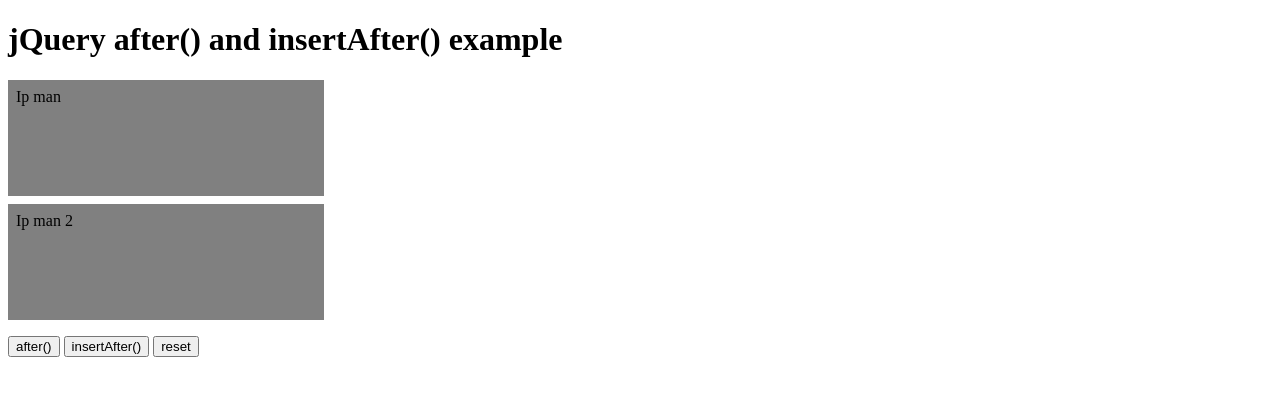
Repository: sudheerj/jQuery
Page: jQueryExamples/chapter06/AddRemoveTextbox.html
These files come from the project's save history. The page is drawn as it stood at one moment and after a run of saves; the edit follows.
The browser window is 1280 px wide. The pictures show the whole page.

Above is the page before, as saved 2016-10-21 17:36:41.

### jQueryExamples/chapter06/AddRemoveTextbox.html
<!DOCTYPE html>
<html>
	<head>
		<title>jQuery Animate</title>
		<script type="text/javascript" src="..\jquery\jquery-3.1.1.min.js"></script>
		<style type="text/css">
			.greyBox {
				padding: 8px;
				background: grey;
				margin-bottom: 8px;
				width: 300px;
				height: 100px;
			}
			.redBox {
				padding: 8px;
				background: red;
				margin-bottom: 8px;
				width: 200px;
				height: 50px;
			}
		</style>

	</head>
	<body>
		<h1>jQuery after() and insertAfter() example</h1>

		<div class="greyBox">
			Ip man
		</div>

		<div class="greyBox">
			Ip man 2
		</div>

		<p>
			<button id="after">
				after()
			</button>
			<button id="insertAfter">
				insertAfter()
			</button>
			<button id="reset">
				reset
			</button>
		</p>

		<script type="text/javascript">
			$("#after").click(function() {

				$('.greyBox').after("<div class='redBox'>Iron man</div>");

			});

			$("#insertAfter").click(function() {

				$("<div class='redBox'>Iron man</div>").insertAfter('.greyBox');

			});

			$("#reset").click(function() {
				location.reload();
			});

		</script>
	</body>
</html>

Loaded but not shown: jQueryExamples/jquery/jquery-3.1.1.min.js (library)

After the next 2 saves:
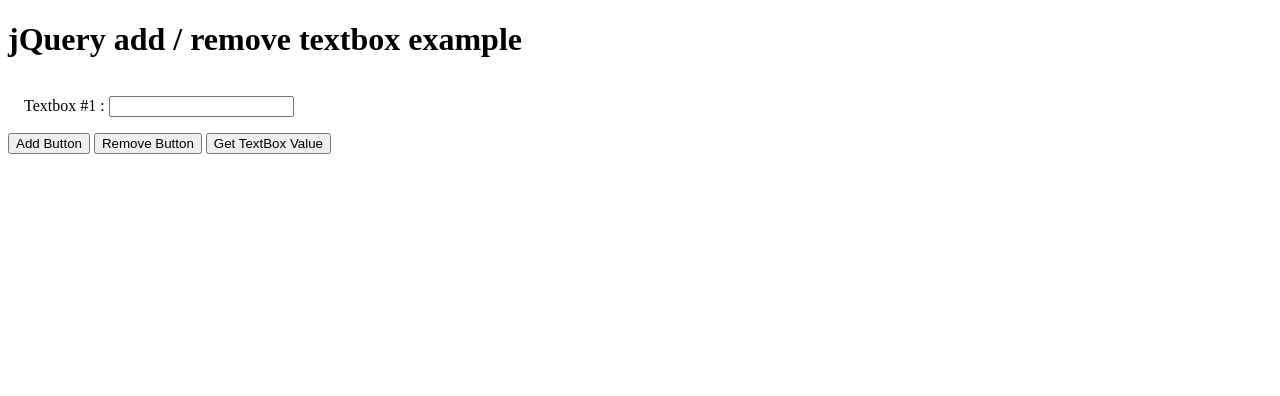
The 2 saves are shown as one change because they came seconds apart.
The last was saved 7 min 2 s later.
--- a/jQueryExamples/chapter06/AddRemoveTextbox.html
+++ b/jQueryExamples/chapter06/AddRemoveTextbox.html
@@ -4,63 +4,72 @@
 		<title>jQuery Animate</title>
 		<script type="text/javascript" src="..\jquery\jquery-3.1.1.min.js"></script>
 		<style type="text/css">
-			.greyBox {
+			div {
 				padding: 8px;
-				background: grey;
-				margin-bottom: 8px;
-				width: 300px;
-				height: 100px;
-			}
-			.redBox {
-				padding: 8px;
-				background: red;
-				margin-bottom: 8px;
-				width: 200px;
-				height: 50px;
 			}
 		</style>
 
 	</head>
+
 	<body>
-		<h1>jQuery after() and insertAfter() example</h1>
 
-		<div class="greyBox">
-			Ip man
-		</div>
-
-		<div class="greyBox">
-			Ip man 2
-		</div>
-
-		<p>
-			<button id="after">
-				after()
-			</button>
-			<button id="insertAfter">
-				insertAfter()
-			</button>
-			<button id="reset">
-				reset
-			</button>
-		</p>
+		<h1>jQuery add / remove textbox example</h1>
 
 		<script type="text/javascript">
-			$("#after").click(function() {
+			$(document).ready(function() {
 
-				$('.greyBox').after("<div class='redBox'>Iron man</div>");
+				var counter = 2;
 
+				$("#addButton").click(function() {
+
+					if (counter > 10) {
+						alert("Only 10 textboxes allow");
+						return false;
+					}
+
+					var newTextBoxDiv = $(document.createElement('div')).attr("id", 'TextBoxDiv' + counter);
+
+					newTextBoxDiv.after().html('<label>Textbox #' + counter + ' : </label>' + '<input type="text" name="textbox' + counter + '" id="textbox' + counter + '" value="" >');
+
+					newTextBoxDiv.appendTo("#TextBoxesGroup");
+
+					counter++;
+				});
+
+				$("#removeButton").click(function() {
+					if (counter == 1) {
+						alert("No more textbox to remove");
+						return false;
+					}
+
+					counter--;
+
+					$("#TextBoxDiv" + counter).remove();
+
+				});
+
+				$("#getButtonValue").click(function() {
+
+					var msg = '';
+					for ( i = 1; i < counter; i++) {
+						msg += "\n Textbox #" + i + " : " + $('#textbox' + i).val();
+					}
+					alert(msg);
+				});
 			});
+		</script>
+		</head>
+	<body>
 
-			$("#insertAfter").click(function() {
+		<div id='TextBoxesGroup'>
+			<div id="TextBoxDiv1">
+				<label>Textbox #1 : </label>
+				<input type='textbox' id='textbox1' >
+			</div>
+		</div>
+		<input type='button' value='Add Button' id='addButton'>
+		<input type='button' value='Remove Button' id='removeButton'>
+		<input type='button' value='Get TextBox Value' id='getButtonValue'>
 
-				$("<div class='redBox'>Iron man</div>").insertAfter('.greyBox');
-
-			});
-
-			$("#reset").click(function() {
-				location.reload();
-			});
-
-		</script>
 	</body>
 </html>
